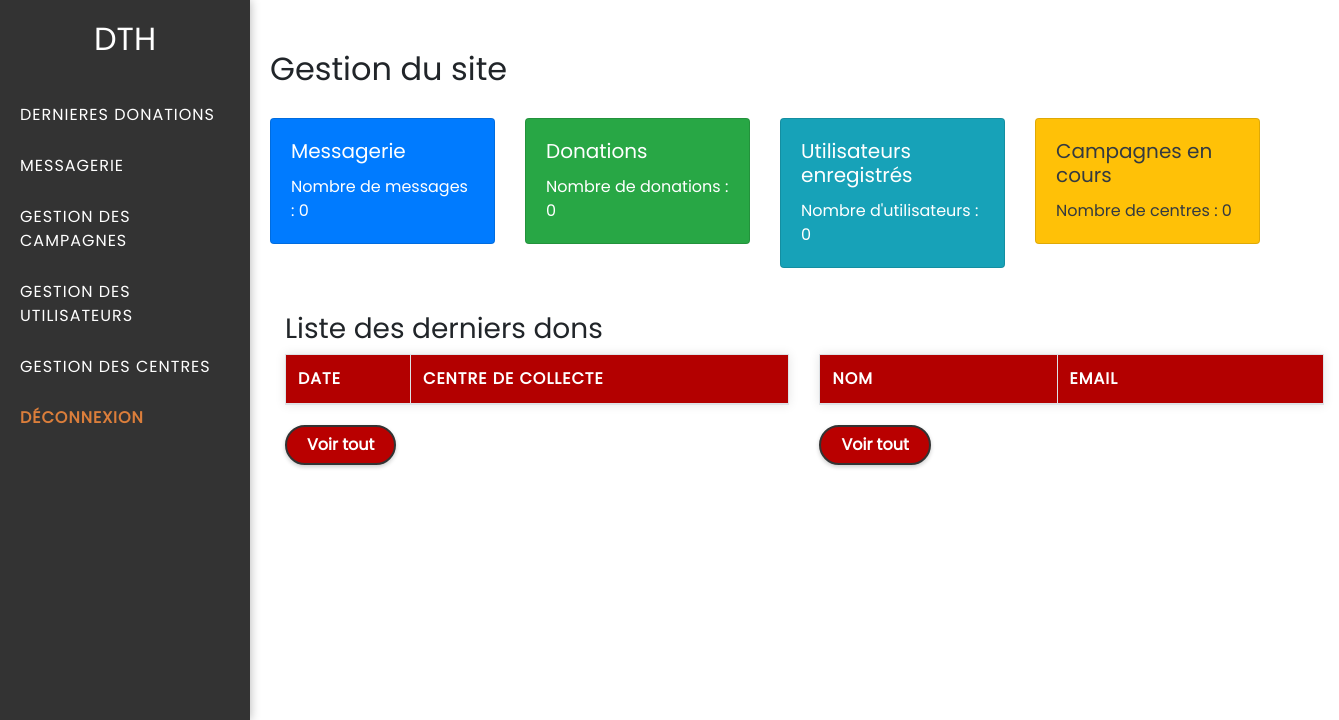
Repository: BrunoVgs/DTH
Page: templates/admin/index.html.twig
The author's editor kept a copy of each file at every save. The page is drawn from the files as they stood at one save, then again after the next save.
The browser window is 1280 px wide. The page is 1339 px wide, so the pictures cover 1339 px, including what lies to the right of the window. The pictures show the whole page.
The page is a Twig template of a Symfony application; nobody is signed in and links lead nowhere. The template is opened directly, without the code that normally fills it, so the values that code supplies are empty.

Above is the page before, as saved 2023-08-07 17:18:07.

### templates/admin/index.html.twig
{% extends 'admin/base.html.twig' %}

{% block title %}<title>Tableau de bord</title> {% endblock %}

{% block body %}
<div class='panels'>
    <h1>Gestion du site</h1>
    <div class="row">
        <div class="col-md-3 mb-4">
            <div class="card bg-primary text-white">
                <div class="card-body">
                    <h5 class="card-title">Messagerie</h5>
                    <p class="card-text">Nombre de messages : {{ messages|length }}</p>
                </div>
            </div>
        </div>

        <div class="col-md-3 mb-4">
            <div class="card bg-success text-white">
                <div class="card-body">
                    <h5 class="card-title">Donations</h5>
                    <p class="card-text">Nombre de donations : {{ donations|length }}</p>
                </div>
            </div>
        </div>

        <div class="col-md-3 mb-4">
            <div class="card bg-info text-white">
                <div class="card-body">
                    <h5 class="card-title">Utilisateurs enregistrés</h5>
                    <p class="card-text">Nombre d'utilisateurs : {{ users|length }}</p>
                </div>
            </div>
        </div>

        <div class="col-md-3 mb-4">
            <div class="card bg-warning text-dark">
                <div class="card-body">
                    <h5 class="card-title">Campagnes en cours</h5>
                    <p class="card-text">Nombre de centres : {{ centers|length }}</p>
                </div>
            </div>
        </div>
    </div>
</div>


    <div class='container-fluid'>
        <!-- Panneau pour la liste des derniers dons -->
        <div id="section-derniers-dons" class="panel panel-success">
            <div class="panel-heading">
                <h3 class="panel-title">Liste des derniers dons</h3>
            </div>
            <div class="panel-body">
                <div class="row">
                    <div class="col-md-6">
                        <table class="table table-bordered table-striped">
                            <thead>
                                <tr>
                                    <th>Date</th>
                                    <th>Centre de collecte</th>
                                </tr>
                            </thead>
                            <tbody>
                                {% for donation in donations %}
                                <tr>
                                    <td>{{ donation.date.format('Y-m-d H:i:s') }}</td>
                                    <td>{{ donation.collectionCenter }}</td>
                                </tr>
                                {% endfor %}
                            </tbody>
                        </table>
                        <a href="#" class="btn btn-primary">Voir tout</a>
                    </div>
                    <!-- Ajouter une nouvelle colonne pour le deuxième tableau -->
                    <div class="col-md-6">
                        <table class="table table-bordered table-striped">
                            <thead>
                                <tr>
                                    <th>Nom</th>
                                    <th>Email</th>
                                </tr>
                            </thead>
                            <tbody>
                                {% for user in users %}
                                <tr>
                                    <td>{{ user.firstname }} {{ user.lastname }}</td>
                                    <td>{{ user.email }}</td>
                                </tr>
                                {% endfor %}
                            </tbody>
                        </table>
                        <a href="{{ path('admin_user') }}" class="btn btn-primary">Voir tout</a>
                    </div>
                </div>
            </div>
        </div>
    </div>

    <!-- Rest of the content goes here (if any) -->

{% endblock %}

### templates/admin/base.html.twig
<!DOCTYPE html>
<html lang="en">
<head>
    <meta charset="UTF-8">
    <meta name="viewport" content="width=device-width, initial-scale=1.0">
    {% block title %} <title>DTH Backoffice</title> {% endblock %}
    <link rel="stylesheet" href="https://maxcdn.bootstrapcdn.com/bootstrap/4.5.2/css/bootstrap.min.css">
    <link rel="stylesheet" href="{{ asset('css/backoffice.css') }}">
    <link href="https://fonts.googleapis.com/css2?family=Poppins&display=swap" rel="stylesheet">
</head>
<body>
    <!-- Barre latérale -->
<div class="sidebar">
    <a href="{{ path('admin') }}" style="text-decoration: none; color: #fff;">
        <h2>DTH</h2>
    </a>
    <a class="liens" href="{{ path('admin_donation') }}">Dernieres Donations</a>
    <a class="liens" href="{{ path('admin_messagerie')}}">Messagerie</a>
    <a class="liens" href="#">Gestion des campagnes</a>
    <a class="liens" href="{{ path('admin_user')}}">Gestion des utilisateurs</a>
    <a class="liens" href="{{ path('admin_center')}}">Gestion des centres</a>

    <!-- Logout boutton -->
    <a class="liens logout" href="{{ path('logout') }}">Déconnexion</a>
</div>

    {% block body %}{% endblock %}

    <script src="https://code.jquery.com/jquery-3.5.1.slim.min.js"></script>
    <script src="https://cdn.jsdelivr.net/npm/@popperjs/core@2.9.1/dist/umd/popper.min.js"></script>
    <script src="https://maxcdn.bootstrapcdn.com/bootstrap/4.5.2/js/bootstrap.min.js"></script>

    {% block scripts %}{% endblock %}
</body>
</html>

### public/css/backoffice.css
* {
    font-family: 'Poppins', sans-serif;
}

/* CSS pour la barre latérale */
.sidebar {
    height: 100%;
    width: 250px;
    position: fixed;
    top: 0;
    left: 0;
    background-color: #333;
    padding-top: 20px;
}

.sidebar h2 {
    color: #fff;
    text-align: center;
    margin-bottom: 30px;
    text-transform: uppercase;
}

.sidebar .liens {
    display: block;
    color: #fff;
    padding: 12px 20px;
    text-decoration: none;
    transition: background-color 0.3s ease;
    padding-top: 15px;
    text-transform: uppercase;
    letter-spacing: 1px;
    transition: all 0.2s ease;
}

.sidebar .liens:hover {
    background: linear-gradient(45deg, #ff0000, #b30000);
    transform: scale(1.05);
}

.sidebar .liens.active {
    background-color: #0056b3;
    font-weight: bold;
}

.sidebar .liens:first-child {
    padding-top: 25px;
}

.sidebar {
    box-shadow: 0 0 10px rgba(0, 0, 0, 0.3);
}

.sidebar .liens .logout {

    color:gold
}

.panels {
    margin-left: 250px;
    padding: 20px;
}



.table {
    width: 100%;
    border-collapse: collapse;
    margin-bottom: 20px;
    background-color: #fff;
    border: 1px solid #e90b0b96;
}

.table th,
.table td {
    padding: 12px;
    border-bottom: 1px solid #ddd;
}

.table th {
    background: #b30000;
    color: #fff;
    text-align: left;
}


.table tbody tr:hover {
    background-color: #f2f2f2;
}


.table th {
    text-transform: uppercase;
    letter-spacing: 1px;
}


.table td:first-child,
.table td:last-child {
    border-radius: 4px;
}

.btn {
    background-color: #b90000;
    color: #fff;
    font-weight: 700;
    padding: 6px 20px;
    border: none;
    border-radius: 30px;
    transition: 0.4s ease;
    border: 2px solid #333;
    box-shadow: 0 2px 4px rgba(0, 0, 0, 0.2);
}

.btn:hover {
    background-color: #800202;
    transition: 0.4s ease;
    color: white;
    border: 2px solid #333;
    box-shadow: 0 4px 8px rgba(0, 0, 0, 0.3); /
}


.table {
    box-shadow: 0 0 10px rgba(0, 0, 0, 0.1);
}
.container-fluid {
    width: 83.5%;
    margin-left: 270px;
}

h1 {
    font-size: 2em;
    margin-bottom: 30px;
    font-family: 'Poppins', sans-serif;
    margin-top: 30px
}

form {
    padding: 20px;
    background-color: #f9f9f9;
    border: 1px solid #ddd;
    border-radius: 5px;
    border: 2px solid #800202;
    margin-bottom: 20px;
}

.form-group {
    margin-bottom: 20px;
}

label {
    font-weight: bold;
}

input.form-control {
    width: 100%;
    padding: 8px;
    border: 1px solid #ccc;
    border-radius: 5px;
    font-size: 16px;
}

.sidebar .liens.logout {

    color:rgb(219, 126, 59);
    font-weight: 1000;
}

.sidebar .liens.logout:hover {

    color: rgb(255, 255, 255);
    font-weight: 1000;
}

After the next save:
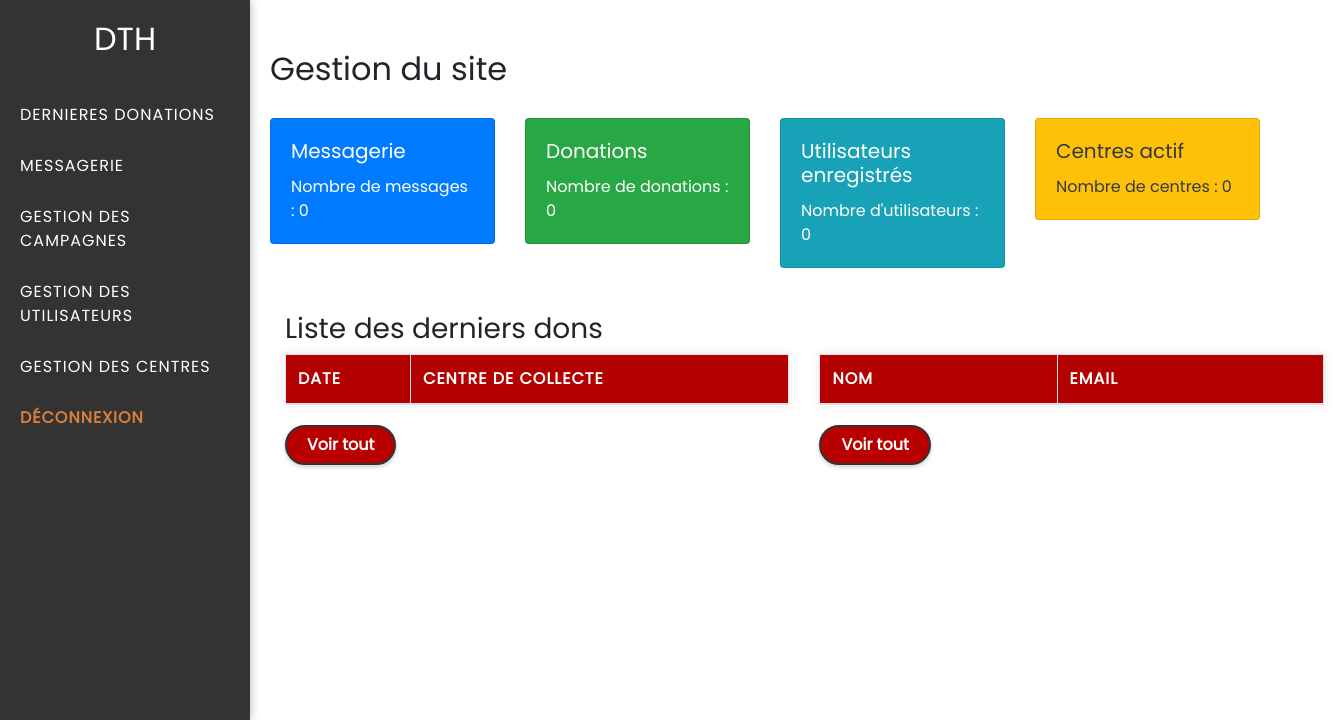
Saved 4 s later.
--- a/templates/admin/index.html.twig
+++ b/templates/admin/index.html.twig
@@ -36,7 +36,7 @@
         <div class="col-md-3 mb-4">
             <div class="card bg-warning text-dark">
                 <div class="card-body">
-                    <h5 class="card-title">Campagnes en cours</h5>
+                    <h5 class="card-title">Centres actif</h5>
                     <p class="card-text">Nombre de centres : {{ centers|length }}</p>
                 </div>
             </div>
